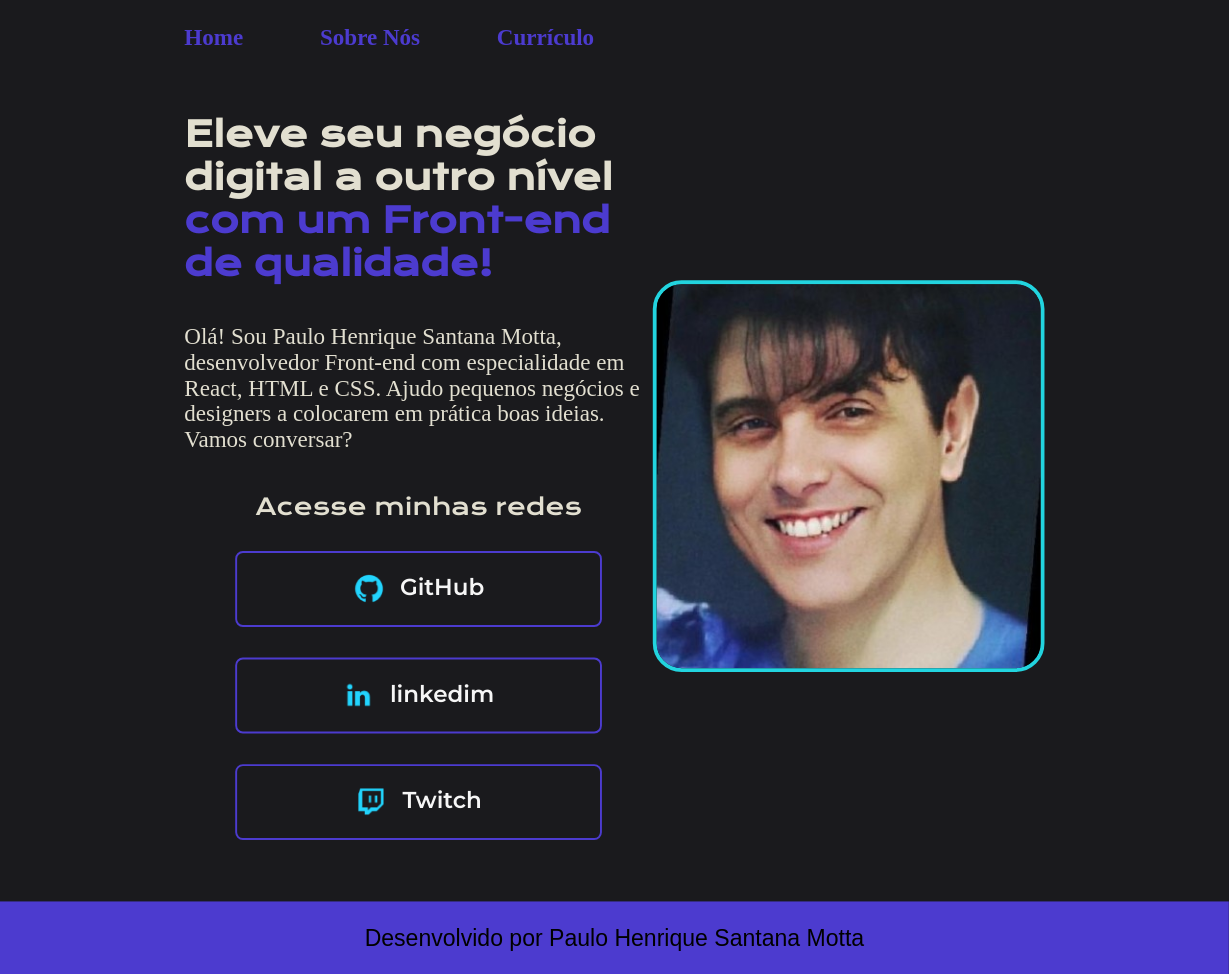
Repository: phsmottanerd/projeto-portfolio-alura
Page: index.html
These files come from the project's save history. The page is drawn as it stood at one moment and after the next save; the edit follows.
The browser window is 1280 px wide. The pictures show the whole page, at 96% of full size.

Above is the page before, as saved 2025-01-28 02:18:48.

### index.html
<!DOCTYPE html>
<html lang="pt-br">
  <head>
    <meta charset="UTF-8" />
    <meta http-equiv="X-UA-Compatible" content="IE=edge" />
    <meta name="viewport" content="width=device-width, initial-scale=1.0" />
    <title>Portifolio</title>
    <link rel="stylesheet" href="./estilos/style.css" />
  </head>

  <body>
    <header class="cabecalho">
      <nav class="cabecalho__menu">
        <a class="cabecalho__menu__link" href="index.html">Home</a>
        <a class="cabecalho__menu__link" href="about.html">Sobre Nós</a>
        <a class="cabecalho__menu__link">Currículo</a>
      </nav>
    </header>
    <main class="apresentacao">
      <section class="apresentacao__conteudo">
        <h1 class="apresentacao__conteudo__titulo">
          Eleve seu negócio digital a outro  nível
          <strong class="titulo-destaque"
            >com um Front-end de qualidade!
          </strong>
        </h1>
        <p class="apresentacao__conteudo__texto">
          Olá! Sou Paulo Henrique Santana Motta, desenvolvedor Front-end com especialidade em
          React, HTML e CSS. Ajudo pequenos negócios e designers a colocarem em
          prática boas ideias. Vamos conversar?
        </p>
        <div class="apresentacao__links">
          <h2 class="apresentacao__links__subtitulo">Acesse minhas redes</h2>
          <a
            class="apresentacao__links__link"
            href="https://github.com/phsmottanerd"
          >
            <img src="./img/github.png" />
            GitHub
          </a>
          <a
            class="apresentacao__links__link"
            href="https://linkedim.com/phsmottanerd"
          >
            <img src="./img/linkedin.png" />
            linkedim
          </a>
          <a class="apresentacao__links__link" href="https://.com/phsmottanerd">
            <img src="./img/twitch.png" />
            Twitch
          </a>
        </div>
      </section>
      <img class="img-foto" src="./img/1722867171561.jpg" alt="Paulo Henrique Santana Motta  programandor" />
    </main>
    <footer class="rodape">
      <p>Desenvolvido por Paulo Henrique Santana Motta</p>
    </footer>
  </body>
</html>

### estilos/style.css
@import url("https://fonts.googleapis.com/css2?family=Krona+One&family=Montserrat:wght@400;600&display=swap");

:root {
  --cor-primaria: #1A1A1D;
  --cor-secundaria: #E2DFD0;
  --cor-terciaria:#4C3BCF;
  --cor-hover: #1A1A1D;

  --font-primaria: "Krona One", sans-serif;
   --font-secundaria:"Montserrat", sans-serif;


}

* {
  margin: 0;
  padding: 0;
}

body {
  box-sizing: border-box;
  background-color: var(--cor-primaria);
  color: var(--cor-secundaria);
}
.cabecalho {
  padding: 2% 0% 0% 15%;
}
.cabecalho__menu {
  display: flex;
  gap: 80px;
}

.cabecalho__menu__link {
  font-family: var(----font-secundaria);
  font-size: 24px;
  font-weight: 600;
  color: var(--cor-terciaria);
  text-decoration: none;
}

.titulo-destaque {
  color: var(--cor-terciaria);
}

.apresentacao {
  padding: 5% 15%;
  display: flex;
  align-items: center;
  justify-content: space-between;
}
.apresentacao__conteudo {
  width: 615px;
  display: flex;
  flex-direction: column;
  gap: 40px;
}

.apresentacao__conteudo__titulo {
  font-size: 36px;
  font-family: var(--font-primaria);
}

.apresentacao__conteudo__texto {
  font-size: 24px;
  font-family: var(----font-secundaria);
}

.apresentacao__links {
  display: flex;
  flex-direction: column;
  justify-content: space-between;
  align-items: center;
  gap: 32px;
}
.apresentacao__links__subtitulo {
  font-family: "Krona One", sans-serif;
  font-weight: 400;
  font-size: 24px;
}
.apresentacao__links__link {
  /* background-color: #22D4FD; */
  justify-content: center;
  gap: 16px;
  display: flex;
  border: 2px solid var(--cor-terciaria);
  width: 378px;
  text-align: center;
  border-radius: 8px;
  font-size: 24px;
  font-weight: 600;
  padding: 21.5px 0;
  text-decoration: none;
  color: #f6f6f6;
  font-family: "Montserrat", sans-serif;
}
.apresentacao__links__link:hover {
  background-color: var(--cor-hover);
}
.rodape {
  padding: 24px;
  color: #000;
  background-color: var(--cor-terciaria);
  text-align: center;
  font-family: "Montsearrat", sans-serif;
  font-size: 24px;
  font-weight: 400;
}
.img-foto {
  border-radius: 30px;
  border: 4px solid #22d4Df;
  width: 500px;
  heighit: 500px;
}

After the next save:
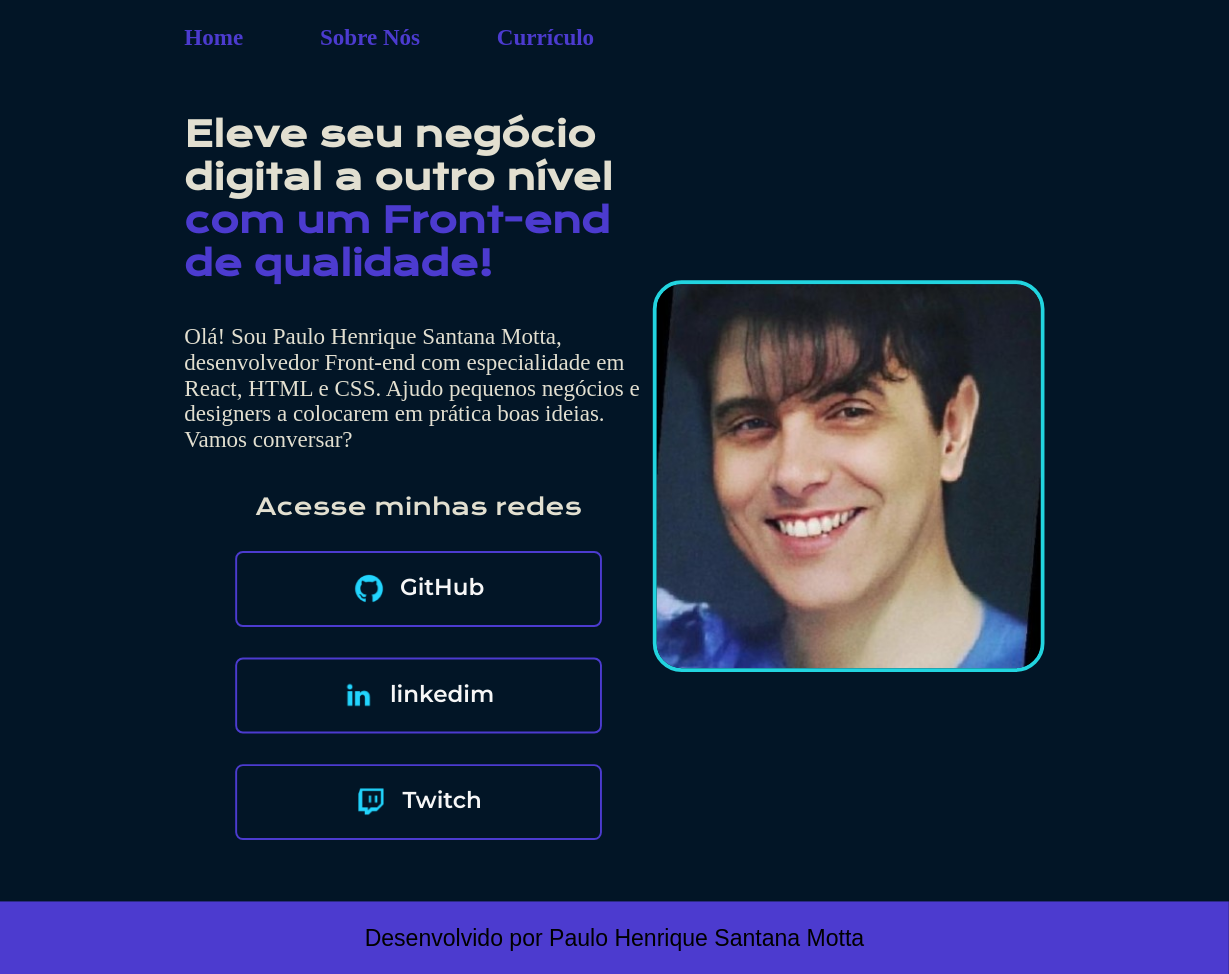
Saved 29 s later.
--- a/estilos/style.css
+++ b/estilos/style.css
@@ -1,7 +1,7 @@
 @import url("https://fonts.googleapis.com/css2?family=Krona+One&family=Montserrat:wght@400;600&display=swap");
 
 :root {
-  --cor-primaria: #1A1A1D;
+  --cor-primaria: #021526;
   --cor-secundaria: #E2DFD0;
   --cor-terciaria:#4C3BCF;
   --cor-hover: #1A1A1D;
